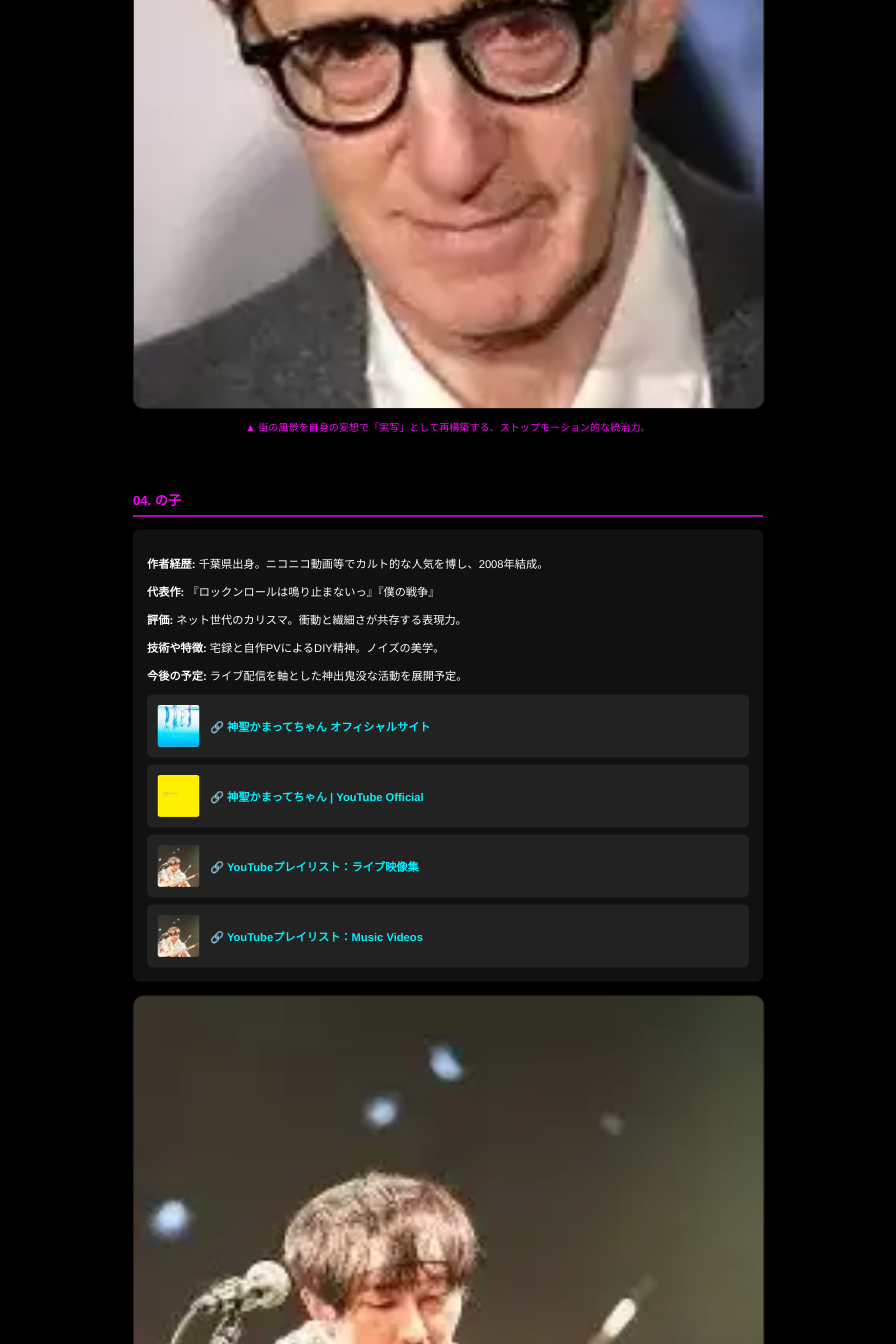
Repository: hamagoro/my-animation-site
Page: episodes/vol12.html
These files come from the project's save history. The page is drawn as it stood at one moment and after a run of saves; the edit follows.
The browser window is 1280 px wide. The pictures show the part of the page from y = 4580 to 6500 px (the page is 12245 px tall), at 70% of full size.

Above is the page before, as saved 2026-02-01 08:19:15.

After the next 2 saves:
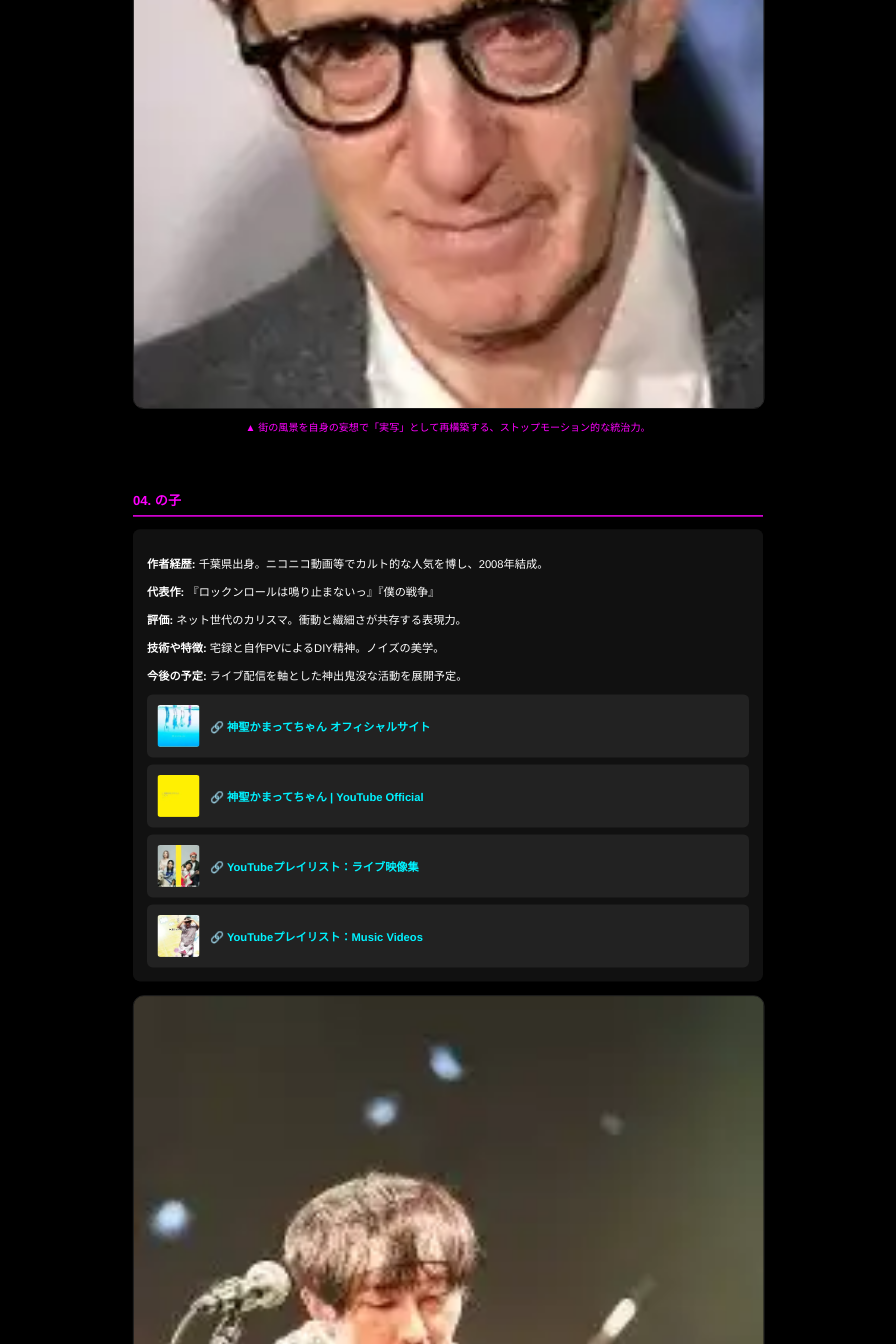
The 2 saves are shown as one change because they came seconds apart.
The last was saved 9 s later.
--- a/episodes/vol12.html
+++ b/episodes/vol12.html
@@ -135,11 +135,11 @@
                         <span style="color: #00f2ff; font-weight: bold;">🔗 神聖かまってちゃん | YouTube Official</span>
                     </a>
                     <a href="https://www.youtube.com/playlist?list=PLWgVECs_eNA6Zj9bQaFwRxPMbpbWAleFs" target="_blank" style="display: flex; align-items: center; gap: 15px; text-decoration: none; background: #222; padding: 15px; border-radius: 8px;">
-                        <img src="../images/vol12/noko.webp" alt="thumb" style="width: 60px; height: 60px; object-fit: cover; border-radius: 4px;">
+                        <img src="../images/vol12/noko3.webp" alt="thumb" style="width: 60px; height: 60px; object-fit: cover; border-radius: 4px;">
                         <span style="color: #00f2ff; font-weight: bold;">🔗 YouTubeプレイリスト：ライブ映像集</span>
                     </a>
                     <a href="https://www.youtube.com/playlist?list=PLWgVECs_eNA53GV0CV9d9uzcqQiW4m1GX" target="_blank" style="display: flex; align-items: center; gap: 15px; text-decoration: none; background: #222; padding: 15px; border-radius: 8px;">
-                        <img src="../images/vol12/noko.webp" alt="thumb" style="width: 60px; height: 60px; object-fit: cover; border-radius: 4px;">
+                        <img src="../images/vol12/noko4.webp" alt="thumb" style="width: 60px; height: 60px; object-fit: cover; border-radius: 4px;">
                         <span style="color: #00f2ff; font-weight: bold;">🔗 YouTubeプレイリスト：Music Videos</span>
                     </a>
                 </div>
